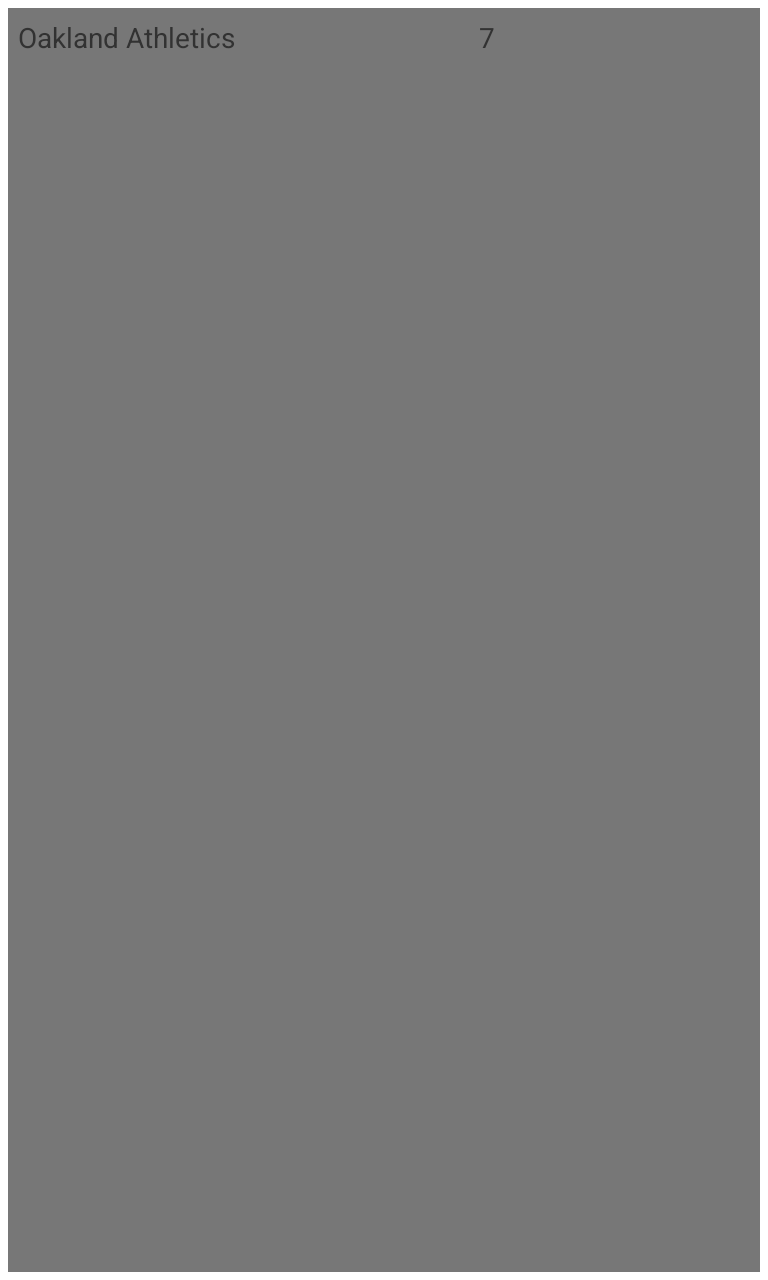
Repository: jemcphe/MDF3
Layout: Week3 Widget/TeamWidget/res/layout/widget_layout.xml
The author's editor kept a copy of each file at every save. The layout is drawn from the files as they stood at one save, then again after the next save.
It is drawn on a 768 x 1280 px phone screen (xhdpi) without system bars, with theme AppTheme; the app's code is not run.

Above is the layout before, as saved 2013-07-26 02:27:06.

After the next save:
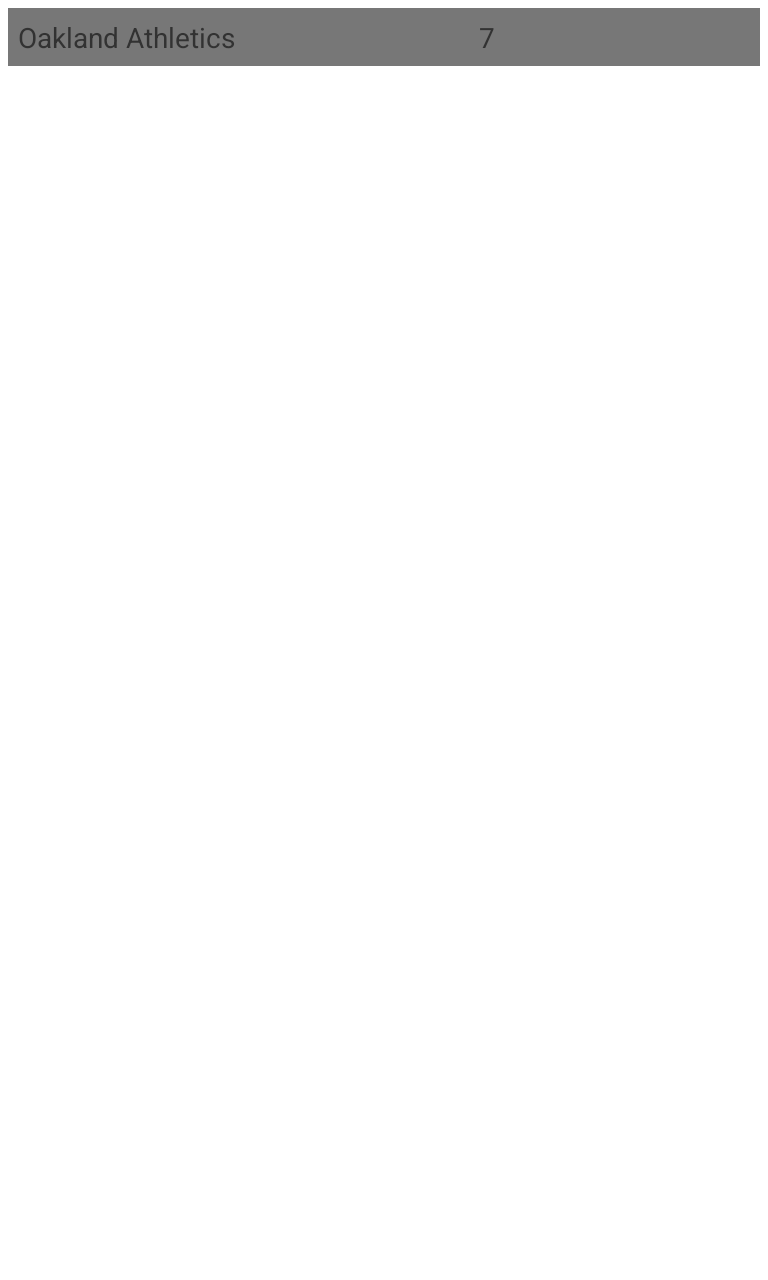
Saved 14 s later.
--- a/Week3 Widget/TeamWidget/res/layout/widget_layout.xml
+++ b/Week3 Widget/TeamWidget/res/layout/widget_layout.xml
@@ -33,8 +33,8 @@
 
 	<LinearLayout
 	    android:id="@+id/awayTeam"
-	    android:layout_width="match_parent"
-	    android:layout_height="match_parent"
+	    android:layout_width="fill_parent"
+	    android:layout_height="wrap_content"
 	    android:orientation="horizontal"
 	    android:background="#777777"
 	    android:padding="5dp">
